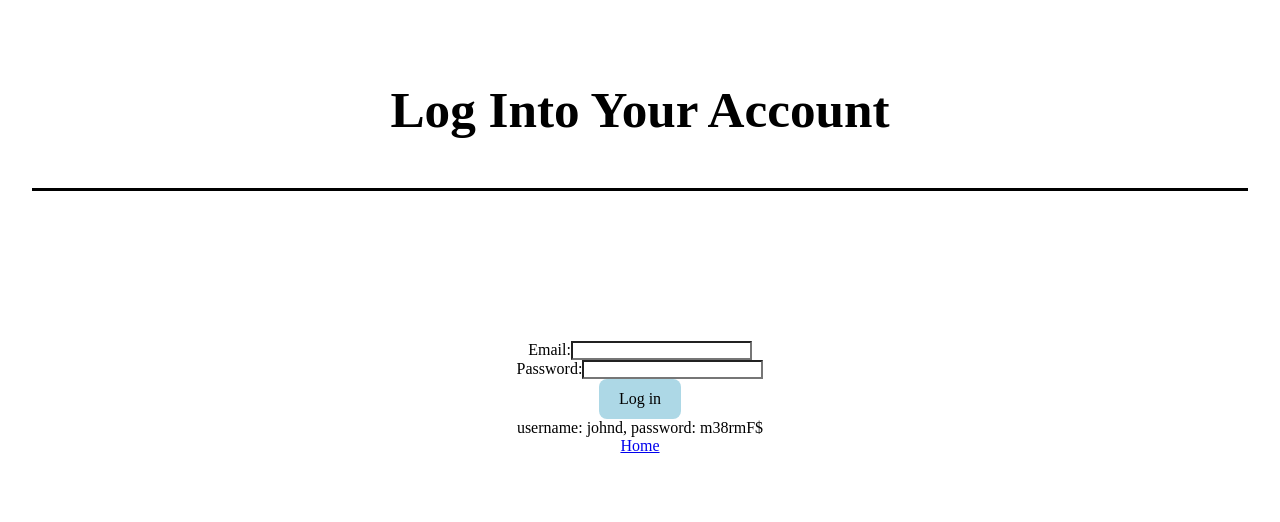
Repository: Andres513/CapStone
Page: /login
These files come from the project's save history. The page is drawn as it stood at one moment and after the next save; the edit follows.
The browser window is 1280 px wide. The pictures show the whole page.
The project was rebuilt for these pictures with package versions that can differ from the ones it lists, and the page was loaded fresh each time. Also part of the build but not shown: vite.config.js, src/components/Categories.jsx, src/components/Cart.jsx, src/components/FetchProducts.jsx, src/components/SingleProduct.jsx, src/components/ProductsByCategory.jsx, src/components/LoggedOut.jsx, src/components/Checkout.jsx.

Above is the page before, as saved 2024-04-11 12:44:29.

After the next save:
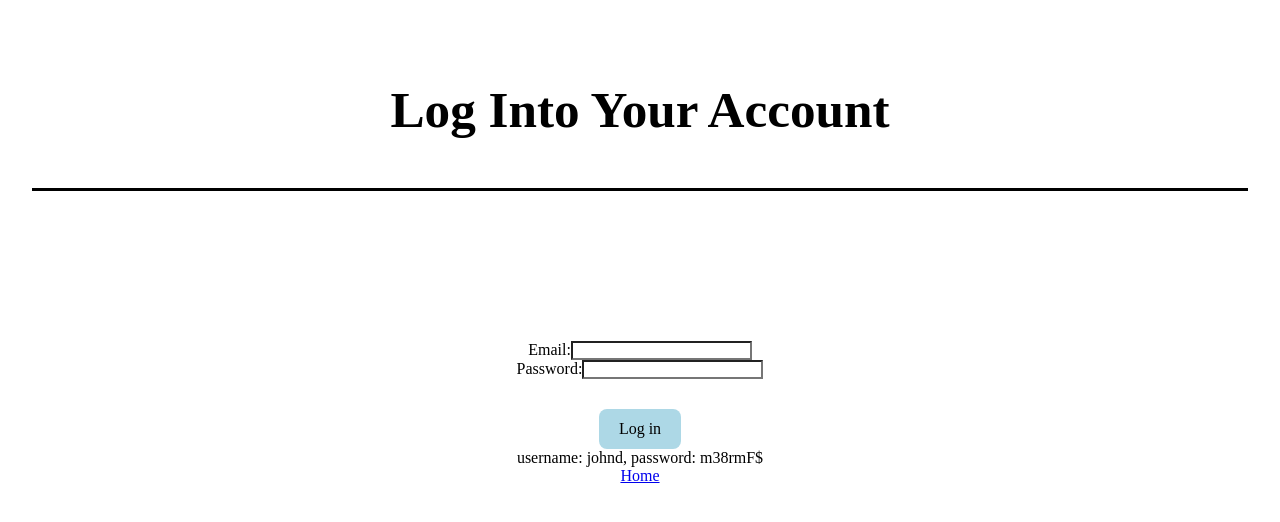
Saved 14 s later.
--- a/src/index.css
+++ b/src/index.css
@@ -77,4 +77,5 @@ button:hover {
 }
 .login-entry{
   margin-top: 150px;
+  margin-bottom: 30px;
 }
